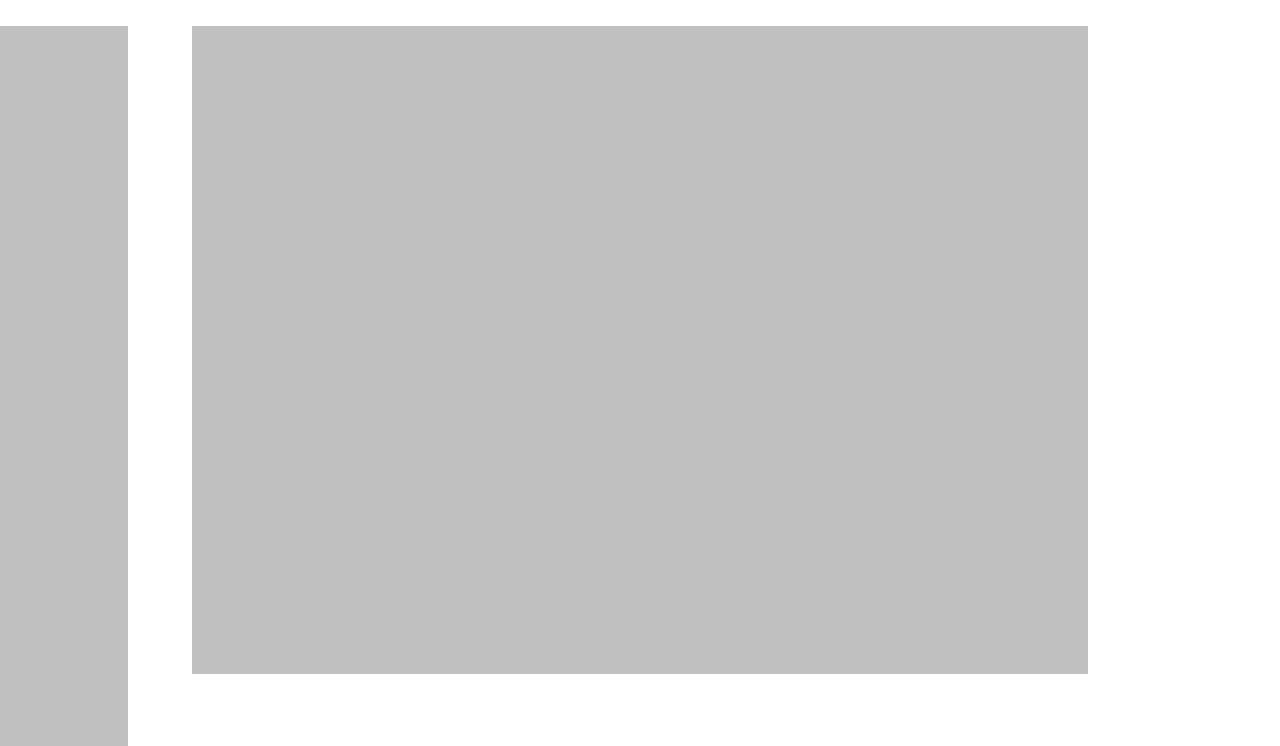
Repository: OrionDevelopers/projectwall
Page: http://localhost/slidePresenter.php
These files come from the project's save history. The page is drawn as it stood at one moment and after a run of saves; the edit follows.
The browser window is 1280 px wide. The pictures show the whole page.
The page is run by PHP 8.4 with error messages shown; the project is at /var/www/html/.

Above is the page before, as saved 2013-04-20 16:23:28.

### slidePresenterPrototype2/presenterPrototype2/slidePresenter.php
<!DOCTYPE html>
<html>
	<head>
		<title>Slide Presenter </title>
		<link href="css/slidePresenter.css" rel="stylesheet"/>
		<script src="js/kinetic-v4.4.1.js" type="text/javascript"></script>
		<script src="js/slidePresenter.js" type="text/javascript"></script>
	</head>
	<body>
		<div id='menuBar'></div>
		<div id='container'></div>
	</body>
</html>

### slidePresenterPrototype2/presenterPrototype2/css/slidePresenter.css
*{
	padding:0px;
	margin:0px;
}
body,html{
	height:100%;
	width:100%;
}
#menuBar{
	float:left;
	height:100%;
	width:10%;
	background-color: silver;
}
#container{
	height:90%;
	width:70%;
	margin-top:2%;
	margin-left:auto;
	margin-right:auto;
	background-color:silver;
}

Loaded but not shown: slidePresenterPrototype2/presenterPrototype2/js/kinetic-v4.4.1.js (library); slidePresenterPrototype2/presenterPrototype2/js/slidePresenter.js (no copy from this time; the picture is the same without it)

After the next 2 saves:
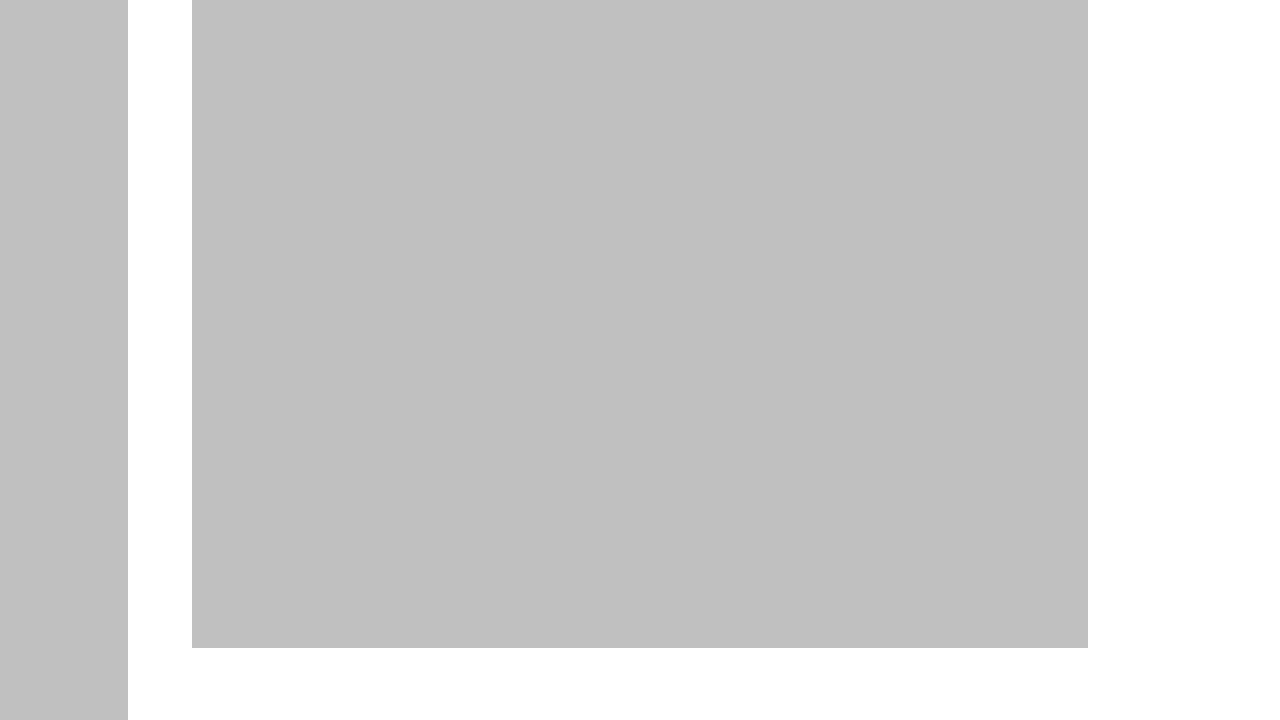
The 2 saves are shown as one change because they came seconds apart.
The last was saved 46 s later.
--- a/slidePresenterPrototype2/presenterPrototype2/css/slidePresenter.css
+++ b/slidePresenterPrototype2/presenterPrototype2/css/slidePresenter.css
@@ -15,7 +15,7 @@ body,html{
 #container{
 	height:90%;
 	width:70%;
-	margin-top:2%;
+
 	margin-left:auto;
 	margin-right:auto;
 	background-color:silver;
